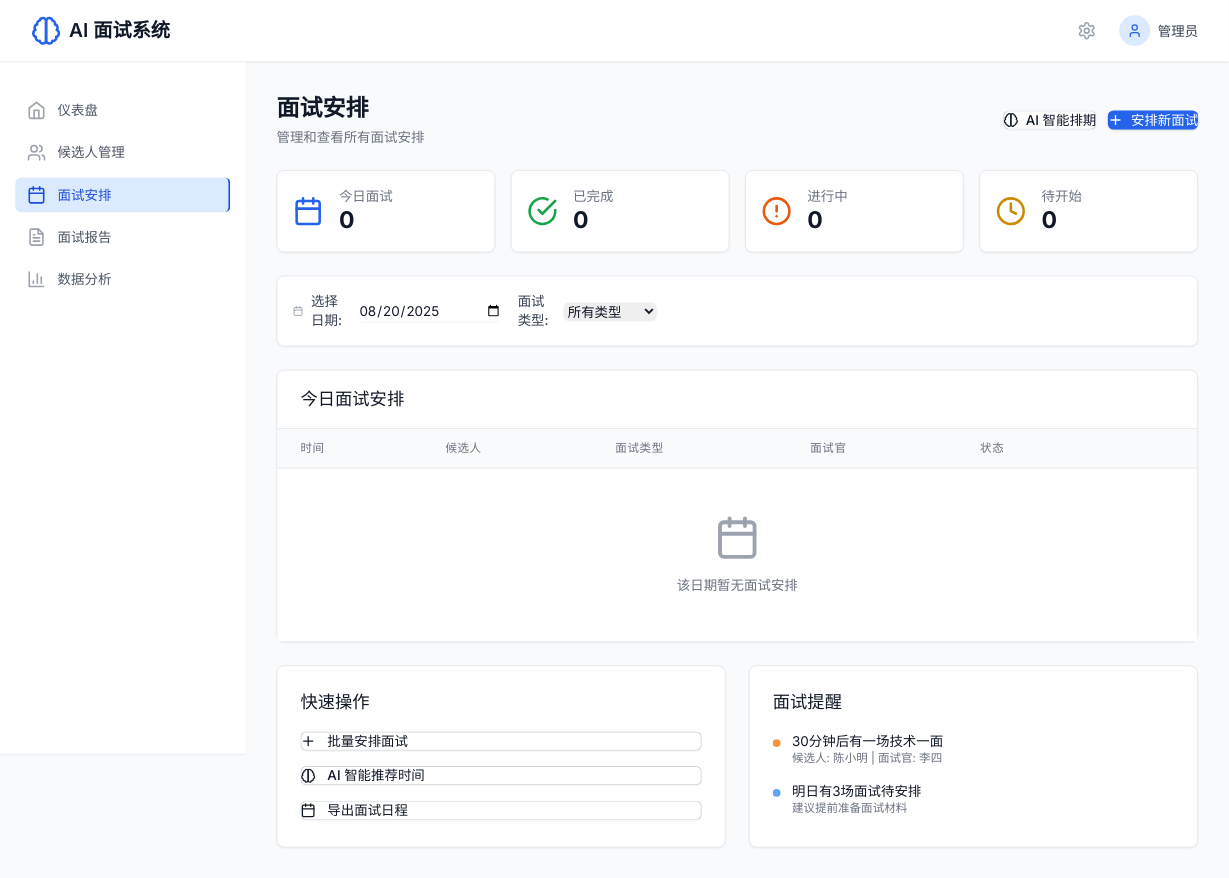
Repository: OisCircle/ai-day
Page: /interviews
The author's editor kept a copy of each file at every save. The page is drawn from the files as they stood at one save, then again after the next save.
The browser window is 1280 px wide. The pictures show the whole page, at 96% of full size.
The project was rebuilt for these pictures with package versions that can differ from the ones it lists, and the page was loaded fresh each time. Also part of the build but not shown: vite.config.ts, src/pages/CandidateManagement.tsx, src/pages/Dashboard.tsx, src/pages/InterviewAnalysis.tsx, src/pages/InterviewConducting.tsx, src/pages/InterviewReports.tsx.

Above is the page before, as saved 2025-08-20 14:29:14.

### index.html
<!DOCTYPE html>
<html lang="zh-CN">
  <head>
    <meta charset="UTF-8" />
    <link rel="icon" type="image/svg+xml" href="/vite.svg" />
    <meta name="viewport" content="width=device-width, initial-scale=1.0" />
    <title>AI 面试系统</title>
    <link rel="preconnect" href="https://fonts.googleapis.com" />
    <link rel="preconnect" href="https://fonts.gstatic.com" crossorigin />
    <link
      href="https://fonts.googleapis.com/css2?family=Inter:wght@400;500;600;700&display=swap"
      rel="stylesheet"
    />
  </head>
  <body>
    <div id="root"></div>
    <script type="module" src="/src/main.tsx"></script>
  </body>
</html>

### src/App.tsx
import { Navigate, Route, Routes } from "react-router-dom";
import Layout from "./components/Layout";
import CandidateManagement from "./pages/CandidateManagement";
import Dashboard from "./pages/Dashboard";
import InterviewAnalysis from "./pages/InterviewAnalysis";
import InterviewConducting from "./pages/InterviewConducting";
import InterviewReports from "./pages/InterviewReports";
import InterviewSchedule from "./pages/InterviewSchedule";

function App() {
  return (
    <Layout>
      <Routes>
        <Route path="/" element={<Navigate to="/dashboard" replace />} />
        <Route path="/dashboard" element={<Dashboard />} />
        <Route path="/candidates" element={<CandidateManagement />} />
        <Route path="/interviews" element={<InterviewSchedule />} />
        <Route path="/interview/:id" element={<InterviewConducting />} />
        <Route path="/reports" element={<InterviewReports />} />
        <Route path="/analysis" element={<InterviewAnalysis />} />
      </Routes>
    </Layout>
  );
}

export default App;

### src/index.css
@tailwind base;
@tailwind components;
@tailwind utilities;

@layer base {
  * {
    @apply border-gray-200;
  }
  body {
    @apply bg-gray-50 text-gray-900 font-sans;
  }
}

@layer components {
  .btn {
    @apply inline-flex items-center justify-center rounded-md text-sm font-medium transition-colors focus-visible:outline-none focus-visible:ring-1 focus-visible:ring-primary-500 disabled:pointer-events-none disabled:opacity-50;
  }

  .btn-primary {
    @apply btn bg-primary-600 text-white shadow hover:bg-primary-700;
  }

  .btn-secondary {
    @apply btn bg-white text-gray-900 shadow-sm ring-1 ring-inset ring-gray-300 hover:bg-gray-50;
  }

  .btn-danger {
    @apply btn bg-red-600 text-white shadow hover:bg-red-700;
  }

  .card {
    @apply bg-white shadow-sm border border-gray-200 rounded-lg;
  }

  .input {
    @apply block w-full rounded-md border-gray-300 shadow-sm focus:border-primary-500 focus:ring-primary-500 sm:text-sm;
  }

  .textarea {
    @apply block w-full rounded-md border-gray-300 shadow-sm focus:border-primary-500 focus:ring-primary-500 sm:text-sm;
  }

  .select {
    @apply block w-full rounded-md border-gray-300 shadow-sm focus:border-primary-500 focus:ring-primary-500 sm:text-sm;
  }

  .badge {
    @apply inline-flex items-center rounded-full px-2 py-1 text-xs font-medium;
  }

  .badge-primary {
    @apply badge bg-primary-100 text-primary-800;
  }

  .badge-success {
    @apply badge bg-green-100 text-green-800;
  }

  .badge-warning {
    @apply badge bg-yellow-100 text-yellow-800;
  }

  .badge-danger {
    @apply badge bg-red-100 text-red-800;
  }

  .badge-gray {
    @apply badge bg-gray-100 text-gray-800;
  }
}

### src/pages/InterviewSchedule.tsx
import {
  AlertCircle,
  Brain,
  Calendar,
  CheckCircle,
  Clock,
  Edit,
  Eye,
  FileText,
  Plus,
  User,
  Zap,
  Target,
  TrendingUp,
  Award,
  Star,
  Sparkles,
  Activity,
  BarChart3,
  Shield,
  MessageSquare,
  Lightbulb
} from "lucide-react";
import React, { useEffect, useState } from "react";
import { Link } from "react-router-dom";
import candidatesData from "../data/candidates.json";
import interviewRoundsData from "../data/interviewRounds.json";
import usersData from "../data/users.json";
import { Candidate, InterviewRound, User as UserType } from "../types";

const InterviewSchedule: React.FC = () => {
  const [interviews, setInterviews] = useState<InterviewRound[]>([]);
  const [candidates, setCandidates] = useState<Candidate[]>([]);
  const [users, setUsers] = useState<UserType[]>([]);
  const [selectedDate, setSelectedDate] = useState(
    new Date().toISOString().split("T")[0]
  );
  const [selectedType, setSelectedType] = useState<string>("all");

  useEffect(() => {
    setInterviews(interviewRoundsData as InterviewRound[]);
    setCandidates(candidatesData as Candidate[]);
    setUsers(usersData as UserType[]);
  }, []);

  const getCandidateName = (candidateId: string) => {
    const candidate = candidates.find((c) => c.id === candidateId);
    return candidate?.name || "未知候选人";
  };

  const getCandidate = (candidateId: string) => {
    return candidates.find((c) => c.id === candidateId);
  };

  const getInterviewerName = (interviewerId: string) => {
    const interviewer = users.find((u) => u.id === interviewerId);
    return interviewer?.name || "未知面试官";
  };

  // AI 简历评价功能
  const generateAIResumeAnalysis = (candidate: Candidate) => {
    const experience = candidate.resume.experience.length;
    const skillsCount = candidate.resume.skills.technical.length;
    const projectsCount = candidate.resume.projects.length;

    // 模拟AI评分算法
    const experienceScore = Math.min(experience * 2.5, 10);
    const skillsScore = Math.min(skillsCount * 0.8, 10);
    const projectScore = Math.min(projectsCount * 3, 10);
    const overallScore = Math.round((experienceScore + skillsScore + projectScore) / 3 * 10) / 10;

    // 技能匹配度分析
    const jobRequiredSkills = ["React", "TypeScript", "Node.js", "系统设计"];
    const candidateSkills = candidate.resume.skills.technical;
    const matchedSkills = jobRequiredSkills.filter(skill =>
      candidateSkills.some(cs => cs.toLowerCase().includes(skill.toLowerCase()))
    );
    const matchRate = Math.round((matchedSkills.length / jobRequiredSkills.length) * 100);

    // AI 洞察分析
    const insights = [];
    if (experienceScore >= 8) insights.push("经验丰富");
    if (skillsScore >= 7) insights.push("技能全面");
    if (projectScore >= 8) insights.push("项目经验出色");
    if (matchRate >= 75) insights.push("岗位匹配度高");

    const risks = [];
    if (experienceScore < 5) risks.push("经验不足");
    if (matchRate < 50) risks.push("技能匹配度偏低");
    if (projectScore < 6) risks.push("项目经验有限");

    return {
      overallScore,
      matchRate,
      insights,
      risks,
      experienceScore,
      skillsScore,
      projectScore,
      recommendation: overallScore >= 7.5 ? "强烈推荐" : overallScore >= 6 ? "推荐" : "需要评估"
    };
  };

  const getTypeLabel = (type: string) => {
    const typeMap = {
      hr: "HR面试",
      tech_1: "技术一面",
      tech_2: "技术二面",
      vp: "VP面试",
    };
    return typeMap[type as keyof typeof typeMap] || type;
  };

  const getStatusBadge = (status: string) => {
    const statusMap = {
      scheduled: { text: "已安排", className: "badge-warning", icon: Clock },
      in_progress: {
        text: "进行中",
        className: "badge-primary",
        icon: AlertCircle,
      },
      completed: {
        text: "已完成",
        className: "badge-success",
        icon: CheckCircle,
      },
      cancelled: {
        text: "已取消",
        className: "badge-danger",
        icon: AlertCircle,
      },
    };
    const statusInfo = statusMap[status as keyof typeof statusMap] || {
      text: status,
      className: "badge-gray",
      icon: AlertCircle,
    };
    const Icon = statusInfo.icon;
    return (
      <span className={`badge ${statusInfo.className} flex items-center`}>
        <Icon className="h-3 w-3 mr-1" />
        {statusInfo.text}
      </span>
    );
  };

  // 筛选面试
  const filteredInterviews = interviews.filter((interview) => {
    const matchesType =
      selectedType === "all" || interview.type === selectedType;
    const interviewDate = new Date(interview.scheduledTime)
      .toISOString()
      .split("T")[0];
    const matchesDate = interviewDate === selectedDate;
    return matchesType && matchesDate;
  });

  // 今日面试统计
  const todayInterviews = interviews.filter((interview) => {
    const interviewDate = new Date(interview.scheduledTime)
      .toISOString()
      .split("T")[0];
    const today = new Date().toISOString().split("T")[0];
    return interviewDate === today;
  });

  const todayStats = {
    total: todayInterviews.length,
    completed: todayInterviews.filter((i) => i.status === "completed").length,
    inProgress: todayInterviews.filter((i) => i.status === "in_progress")
      .length,
    scheduled: todayInterviews.filter((i) => i.status === "scheduled").length,
  };

  return (
    <div className="space-y-6">
      {/* 页面标题 */}
      <div className="flex items-center justify-between">
        <div>
          <h1 className="text-2xl font-bold text-gray-900">面试安排</h1>
          <p className="mt-1 text-sm text-gray-500">管理和查看所有面试安排</p>
        </div>
        <div className="flex items-center space-x-3">
          <button className="btn btn-secondary">
            <Brain className="h-4 w-4 mr-2" />
            AI 智能排期
          </button>
          <button className="btn btn-primary">
            <Plus className="h-4 w-4 mr-2" />
            安排新面试
          </button>
        </div>
      </div>

      {/* 今日统计 */}
      <div className="grid grid-cols-1 md:grid-cols-4 gap-4">
        <div className="card p-4">
          <div className="flex items-center">
            <Calendar className="h-8 w-8 text-blue-600" />
            <div className="ml-4">
              <p className="text-sm font-medium text-gray-500">今日面试</p>
              <p className="text-2xl font-bold text-gray-900">
                {todayStats.total}
              </p>
            </div>
          </div>
        </div>
        <div className="card p-4">
          <div className="flex items-center">
            <CheckCircle className="h-8 w-8 text-green-600" />
            <div className="ml-4">
              <p className="text-sm font-medium text-gray-500">已完成</p>
              <p className="text-2xl font-bold text-gray-900">
                {todayStats.completed}
              </p>
            </div>
          </div>
        </div>
        <div className="card p-4">
          <div className="flex items-center">
            <AlertCircle className="h-8 w-8 text-orange-600" />
            <div className="ml-4">
              <p className="text-sm font-medium text-gray-500">进行中</p>
              <p className="text-2xl font-bold text-gray-900">
                {todayStats.inProgress}
              </p>
            </div>
          </div>
        </div>
        <div className="card p-4">
          <div className="flex items-center">
            <Clock className="h-8 w-8 text-yellow-600" />
            <div className="ml-4">
              <p className="text-sm font-medium text-gray-500">待开始</p>
              <p className="text-2xl font-bold text-gray-900">
                {todayStats.scheduled}
              </p>
            </div>
          </div>
        </div>
      </div>

      {/* 筛选器 */}
      <div className="card p-4">
        <div className="flex flex-col sm:flex-row gap-4 items-center">
          <div className="flex items-center space-x-2">
            <Calendar className="h-4 w-4 text-gray-400" />
            <label className="text-sm font-medium text-gray-700">
              选择日期:
            </label>
            <input
              type="date"
              className="input"
              value={selectedDate}
              onChange={(e) => setSelectedDate(e.target.value)}
            />
          </div>
          <div className="flex items-center space-x-2">
            <label className="text-sm font-medium text-gray-700">
              面试类型:
            </label>
            <select
              className="select"
              value={selectedType}
              onChange={(e) => setSelectedType(e.target.value)}
            >
              <option value="all">所有类型</option>
              <option value="hr">HR面试</option>
              <option value="tech_1">技术一面</option>
              <option value="tech_2">技术二面</option>
              <option value="vp">VP面试</option>
            </select>
          </div>
        </div>
      </div>

      {/* 面试列表 */}
      <div className="card">
        <div className="px-6 py-4 border-b border-gray-200">
          <h3 className="text-lg font-medium text-gray-900">
            {selectedDate === new Date().toISOString().split("T")[0]
              ? "今日面试安排"
              : `${selectedDate} 面试安排`}
          </h3>
        </div>
        <div className="overflow-hidden">
          <table className="min-w-full divide-y divide-gray-200">
            <thead className="bg-gray-50">
              <tr>
                <th className="px-6 py-3 text-left text-xs font-medium text-gray-500 uppercase tracking-wider">
                  时间
                </th>
                <th className="px-6 py-3 text-left text-xs font-medium text-gray-500 uppercase tracking-wider">
                  候选人
                </th>
                <th className="px-6 py-3 text-left text-xs font-medium text-gray-500 uppercase tracking-wider">
                  面试类型
                </th>
                <th className="px-6 py-3 text-left text-xs font-medium text-gray-500 uppercase tracking-wider">
                  面试官
                </th>
                <th className="px-6 py-3 text-left text-xs font-medium text-gray-500 uppercase tracking-wider">
                  状态
                </th>
                <th className="relative px-6 py-3">
                  <span className="sr-only">操作</span>
                </th>
              </tr>
            </thead>
            <tbody className="bg-white divide-y divide-gray-200">
              {filteredInterviews.length === 0 ? (
                <tr>
                  <td
                    colSpan={6}
                    className="px-6 py-12 text-center text-sm text-gray-500"
                  >
                    <Calendar className="mx-auto h-12 w-12 text-gray-400 mb-4" />
                    该日期暂无面试安排
                  </td>
                </tr>
              ) : (
                filteredInterviews.map((interview) => (
                  <tr key={interview.id} className="hover:bg-gray-50">
                    <td className="px-6 py-4 whitespace-nowrap text-sm text-gray-900">
                      <div className="flex items-center">
                        <Clock className="h-4 w-4 mr-2 text-gray-400" />
                        {new Date(interview.scheduledTime).toLocaleTimeString(
                          "zh-CN",
                          {
                            hour: "2-digit",
                            minute: "2-digit",
                          }
                        )}
                      </div>
                    </td>
                    <td className="px-6 py-4 whitespace-nowrap">
                      <div className="flex items-center">
                        <div className="flex-shrink-0 h-8 w-8">
                          <div className="h-8 w-8 rounded-full bg-primary-100 flex items-center justify-center">
                            <span className="text-primary-700 font-medium text-xs">
                              {getCandidateName(interview.candidateId).charAt(
                                0
                              )}
                            </span>
                          </div>
                        </div>
                        <div className="ml-3">
                          <div className="text-sm font-medium text-gray-900">
                            {getCandidateName(interview.candidateId)}
                          </div>
                        </div>
                      </div>
                    </td>
                    <td className="px-6 py-4 whitespace-nowrap">
                      <span className="badge badge-primary">
                        {getTypeLabel(interview.type)}
                      </span>
                    </td>
                    <td className="px-6 py-4 whitespace-nowrap text-sm text-gray-900">
                      <div className="flex items-center">
                        <User className="h-4 w-4 mr-2 text-gray-400" />
                        {getInterviewerName(interview.interviewerId)}
                      </div>
                    </td>
                    <td className="px-6 py-4 whitespace-nowrap">
                      {getStatusBadge(interview.status)}
                    </td>
                    <td className="px-6 py-4 whitespace-nowrap text-right text-sm font-medium">
                      <div className="flex items-center justify-end space-x-2">
                        {interview.status === "scheduled" && (
                          <Link
                            to={`/interview/${interview.id}`}
                            className="btn btn-primary btn-sm"
                          >
                            开始面试
                          </Link>
                        )}
                        {interview.status === "completed" && (
                          <button className="btn btn-secondary btn-sm">
                            <FileText className="h-3 w-3 mr-1" />
                            查看报告
                          </button>
                        )}
                        <button className="text-gray-400 hover:text-gray-600">
                          <Eye className="h-4 w-4" />
                        </button>
                        <button className="text-gray-400 hover:text-gray-600">
                          <Edit className="h-4 w-4" />
                        </button>
                      </div>
                    </td>
                  </tr>
                ))
              )}
            </tbody>
          </table>
        </div>
      </div>

      {/* 快速操作面板 */}
      <div className="grid grid-cols-1 lg:grid-cols-2 gap-6">
        <div className="card p-6">
          <h3 className="text-lg font-medium text-gray-900 mb-4">快速操作</h3>
          <div className="space-y-3">
            <button className="w-full btn btn-secondary justify-start">
              <Plus className="h-4 w-4 mr-3" />
              批量安排面试
            </button>
            <button className="w-full btn btn-secondary justify-start">
              <Brain className="h-4 w-4 mr-3" />
              AI 智能推荐时间
            </button>
            <button className="w-full btn btn-secondary justify-start">
              <Calendar className="h-4 w-4 mr-3" />
              导出面试日程
            </button>
          </div>
        </div>

        <div className="card p-6">
          <h3 className="text-lg font-medium text-gray-900 mb-4">面试提醒</h3>
          <div className="space-y-4">
            <div className="flex items-start space-x-3">
              <div className="flex-shrink-0 w-2 h-2 bg-orange-400 rounded-full mt-2"></div>
              <div>
                <p className="text-sm text-gray-900">30分钟后有一场技术一面</p>
                <p className="text-xs text-gray-500">
                  候选人: 陈小明 | 面试官: 李四
                </p>
              </div>
            </div>
            <div className="flex items-start space-x-3">
              <div className="flex-shrink-0 w-2 h-2 bg-blue-400 rounded-full mt-2"></div>
              <div>
                <p className="text-sm text-gray-900">明日有3场面试待安排</p>
                <p className="text-xs text-gray-500">建议提前准备面试材料</p>
              </div>
            </div>
          </div>
        </div>
      </div>
    </div>
  );
};

export default InterviewSchedule;

Loaded but not shown: src/main.tsx (common file); src/data/candidates.json (161 lines, source omitted); src/data/interviewRounds.json (126 lines, source omitted); src/data/users.json (34 lines, source omitted); tailwind.config.js (26 lines, source omitted); src/components/Layout.tsx (105 lines, source omitted)

After the next save:
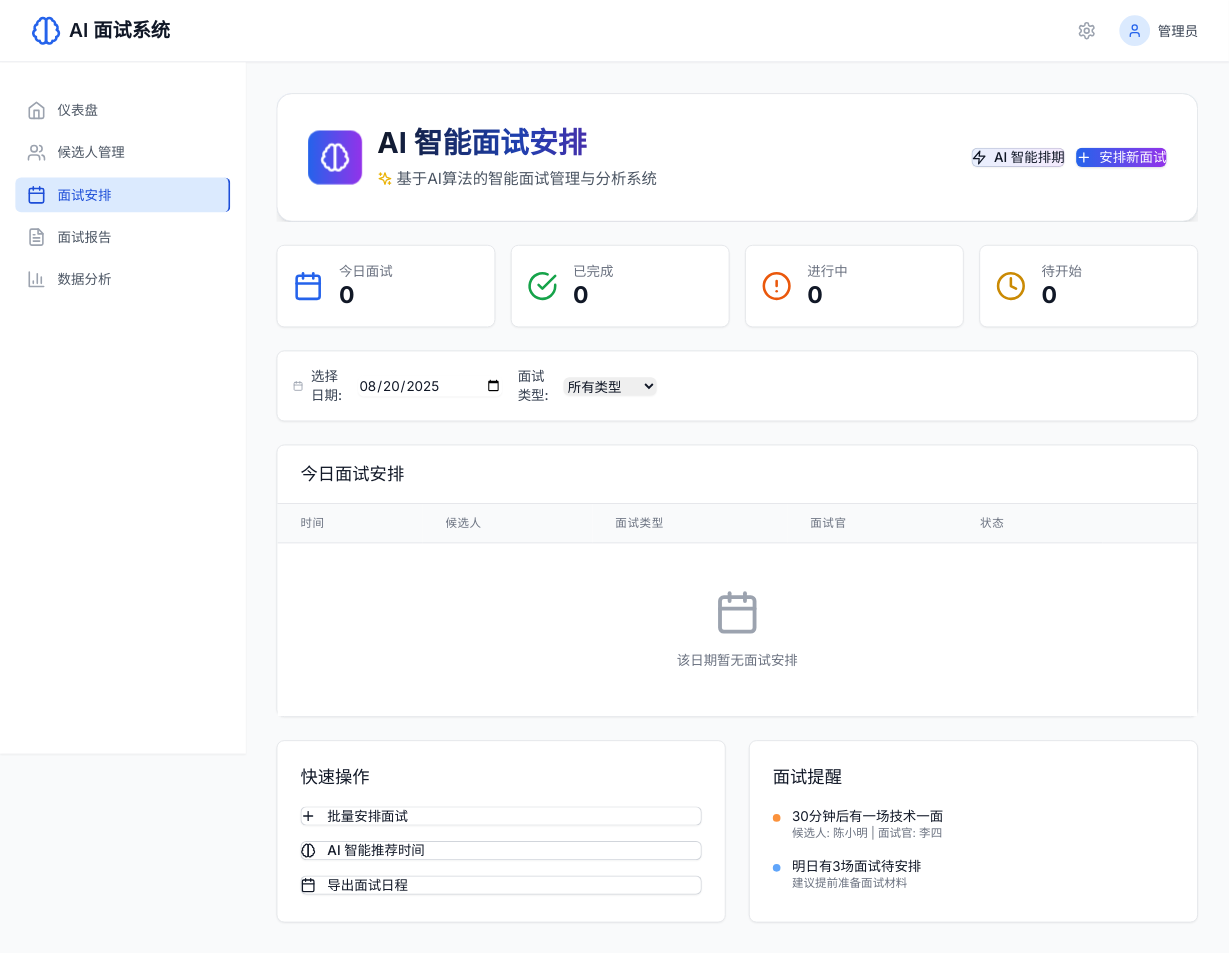
Saved 14 s later.
--- a/src/pages/InterviewSchedule.tsx
+++ b/src/pages/InterviewSchedule.tsx
@@ -175,20 +175,39 @@ const InterviewSchedule: React.FC = () => {
   return (
     <div className="space-y-6">
       {/* 页面标题 */}
-      <div className="flex items-center justify-between">
-        <div>
-          <h1 className="text-2xl font-bold text-gray-900">面试安排</h1>
-          <p className="mt-1 text-sm text-gray-500">管理和查看所有面试安排</p>
-        </div>
-        <div className="flex items-center space-x-3">
-          <button className="btn btn-secondary">
-            <Brain className="h-4 w-4 mr-2" />
-            AI 智能排期
-          </button>
-          <button className="btn btn-primary">
-            <Plus className="h-4 w-4 mr-2" />
-            安排新面试
-          </button>
+      <div className="relative overflow-hidden">
+        <div className="absolute inset-0 bg-gradient-to-r from-blue-600/10 via-purple-600/10 to-cyan-600/10 rounded-2xl"></div>
+        <div className="relative bg-white rounded-2xl border border-gray-200 shadow-lg p-8">
+          <div className="flex items-center justify-between">
+            <div className="flex items-center space-x-4">
+              <div className="relative">
+                <div className="absolute inset-0 bg-gradient-to-r from-blue-600 to-purple-600 rounded-xl opacity-20 animate-pulse"></div>
+                <div className="relative bg-gradient-to-r from-blue-600 to-purple-600 p-3 rounded-xl">
+                  <Brain className="h-8 w-8 text-white" />
+                </div>
+              </div>
+              <div>
+                <h1 className="text-3xl font-bold bg-gradient-to-r from-gray-900 via-blue-800 to-purple-800 bg-clip-text text-transparent">
+                  AI 智能面试安排
+                </h1>
+                <p className="mt-2 text-gray-600 flex items-center">
+                  <Sparkles className="h-4 w-4 mr-1 text-yellow-500" />
+                  基于AI算法的智能面试管理与分析系统
+                </p>
+              </div>
+            </div>
+            <div className="flex items-center space-x-3">
+              <button className="btn btn-secondary relative overflow-hidden group">
+                <div className="absolute inset-0 bg-gradient-to-r from-blue-600/10 to-purple-600/10 group-hover:from-blue-600/20 group-hover:to-purple-600/20 transition-all"></div>
+                <Zap className="h-4 w-4 mr-2 relative z-10" />
+                <span className="relative z-10">AI 智能排期</span>
+              </button>
+              <button className="btn btn-primary bg-gradient-to-r from-blue-600 to-purple-600 hover:from-blue-700 hover:to-purple-700 border-0">
+                <Plus className="h-4 w-4 mr-2" />
+                安排新面试
+              </button>
+            </div>
+          </div>
         </div>
       </div>
 
